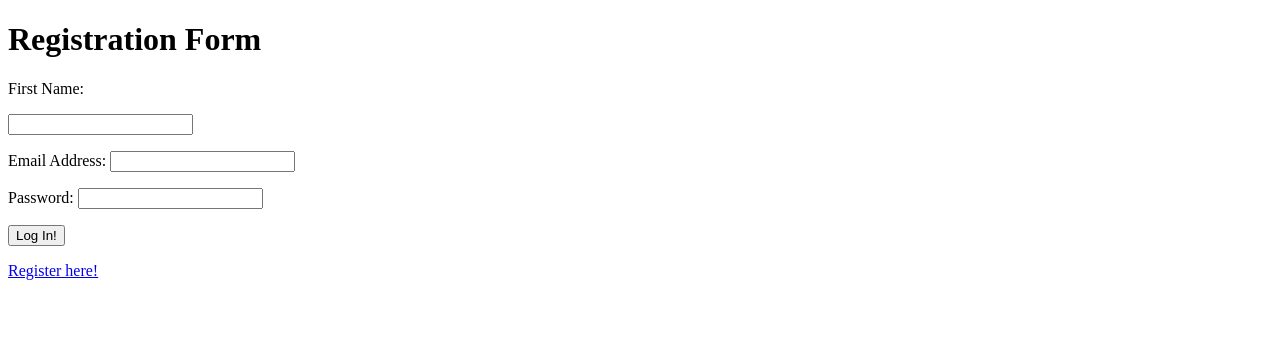
Repository: codieb1997/cosw30
Page: http://localhost/labwork/lab2/register.php
The author's editor kept a record of every edit. The page is drawn from the files as they stood at one moment, then again after the next edit.
The browser window is 1280 px wide. The pictures show the whole page.
The page is run by PHP 8.4 with error messages shown; the project is at /var/www/html/.

Above is the page before.

### labwork/lab2/register.php
<!doctype html>
<html>
    <head>
        <meta charset "utf-8">
        <title>Register</title>
    </head>
    <body>
        <h1>Registration Form</h1>
        <form action="process_register.php" method="POST">
            <p><label for="first_name">First Name:</label></p>
            <input type="text" name="first_name" id="first_name" required></p>

            <p><label
            <p><label for="email">Email Address:</label>
            <input type="email" name="email" id="email" required></p>

            <p><label for="password">Password:</label>
            <input type="password" name="password" id="password" required></p>

            <button>Log In!</button>

            <p><a href="register.php">Register here!</a></p>
        </form>
    </body>
</html>

After the next edit:
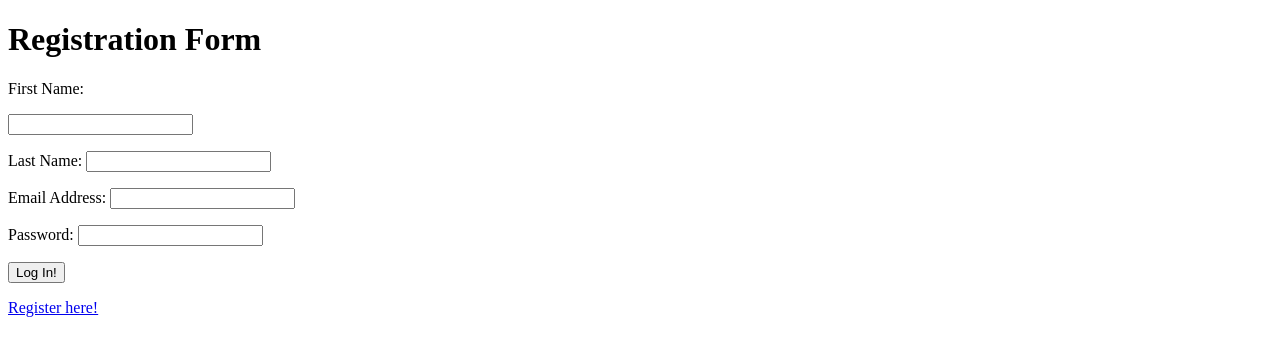
The edit:
--- a/labwork/lab2/register.php
+++ b/labwork/lab2/register.php
@@ -10,7 +10,8 @@
             <p><label for="first_name">First Name:</label></p>
             <input type="text" name="first_name" id="first_name" required></p>
 
-            <p><label
+            <p><label for="last_name">Last Name:</label>
+            <input type="text" name="last_name" id="last_name" required></p>
             <p><label for="email">Email Address:</label>
             <input type="email" name="email" id="email" required></p>
 
